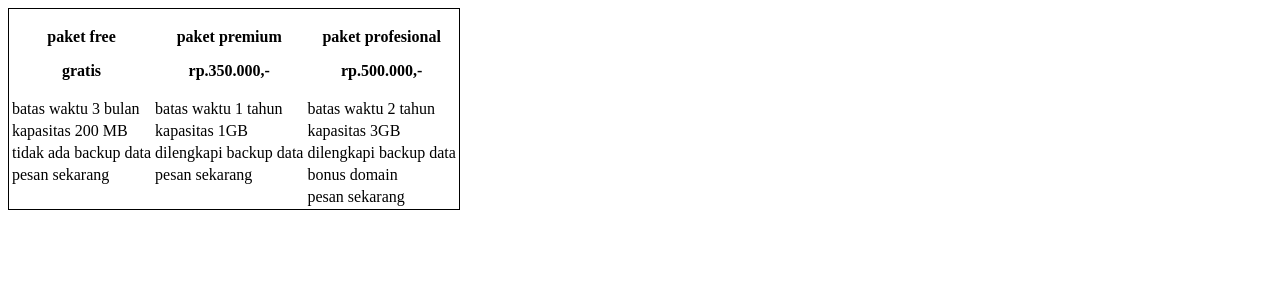
Repository: AHSANS354/tugas-sib5
Page: tugas css/index.html
An editor plug-in stored every save of this project. The page is shown before and after the next save, followed by the edit.
The browser window is 1280 px wide. The pictures show the whole page.

Above is the page before, as saved 2023-08-29 13:00:03.

After the next save:
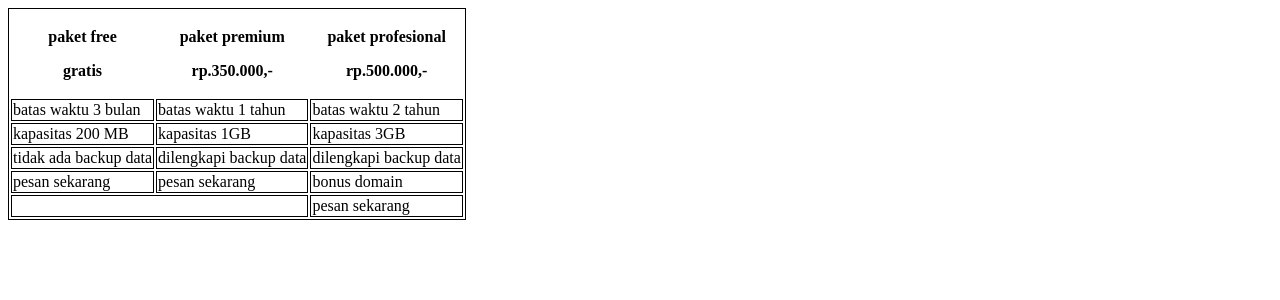
Saved 23 s later.
--- a/tugas css/style.css
+++ b/tugas css/style.css
@@ -1,10 +1,10 @@
-/* .header th {
+.header {
   border: 1px solid #000;
 }
 
 td {
   border: 1px solid #000;
-} */
+}
 
 table {
   border: 1px solid #000;

After the save that followed:
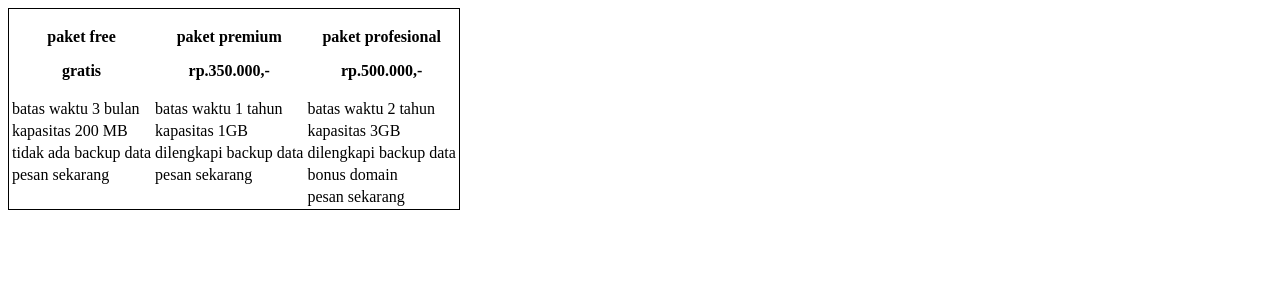
Saved 11 s later.
--- a/tugas css/style.css
+++ b/tugas css/style.css
@@ -1,8 +1,4 @@
 .header {
-  border: 1px solid #000;
-}
-
-td {
   border: 1px solid #000;
 }
 
